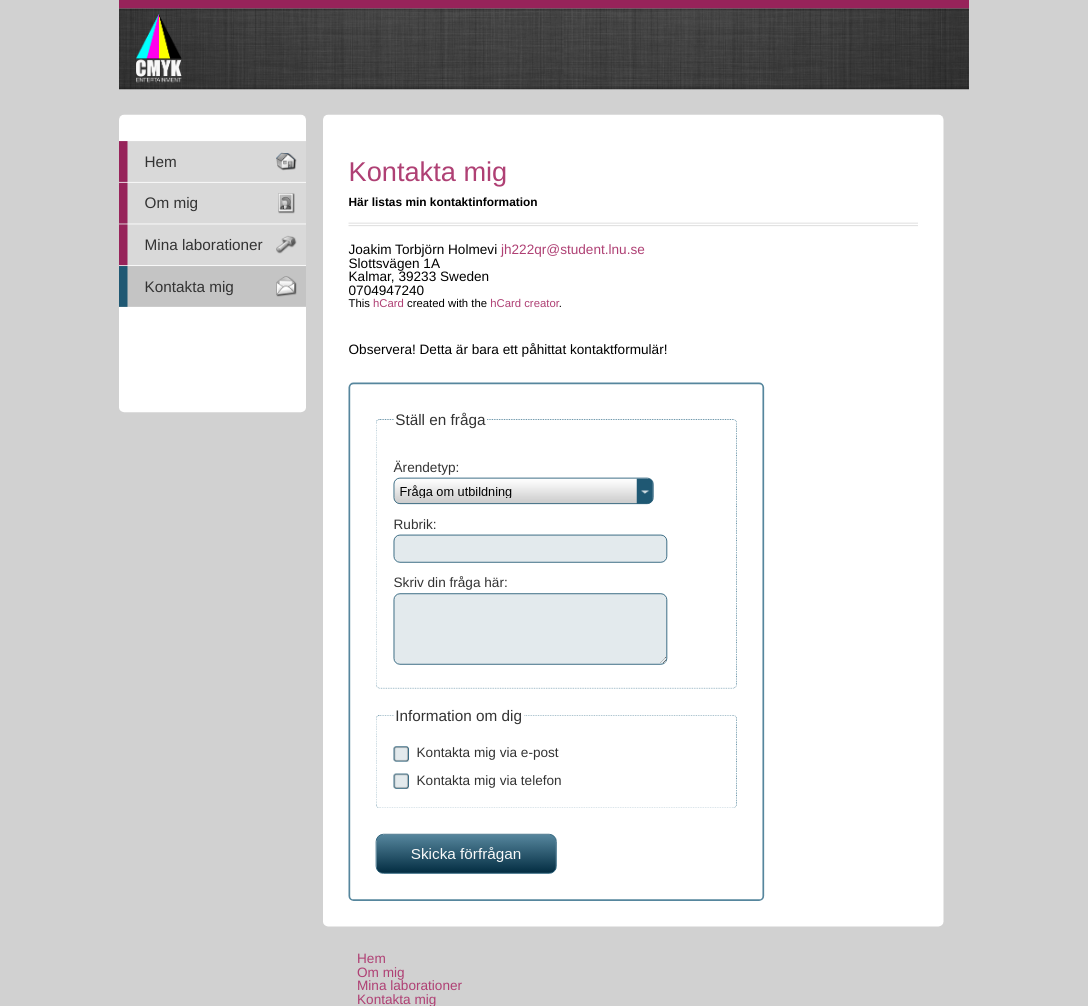
Repository: Holmewi/1ik415-jh222qr-laborationer
Page: pages/kontakt.html
The author's editor kept a record of every edit. The page is drawn from the files as they stood at one moment, then again after the next edit.
The browser window is 1280 px wide. The pictures show the whole page, at 85% of full size.

Above is the page before.

After the next edit:
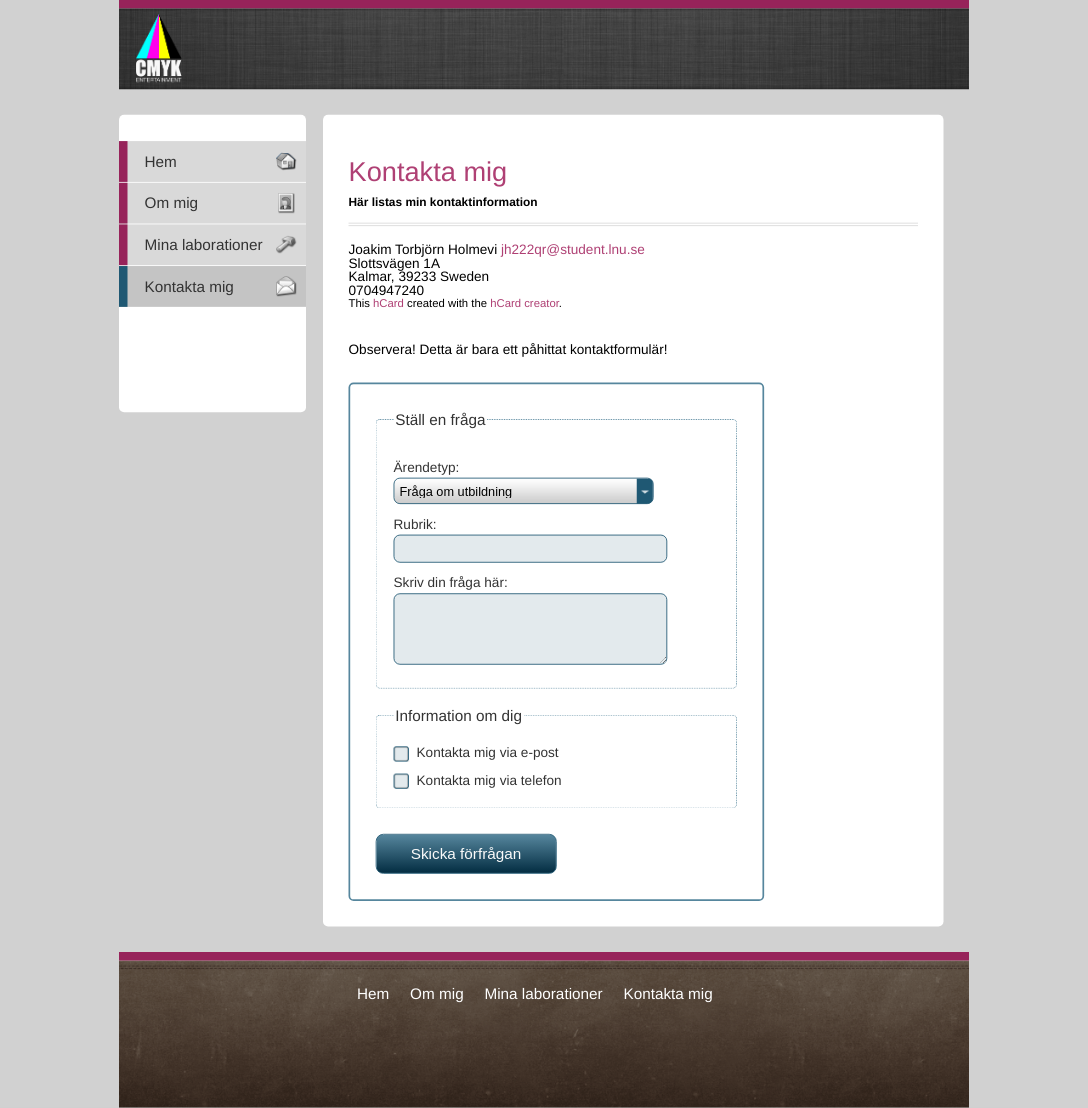
The edit:
--- a/pages/kontakt.html
+++ b/pages/kontakt.html
@@ -103,7 +103,7 @@
                     </form>
                 </div>
              </main>
-             <footer>
+             <footer id="bottom">
                 <div id="footerNav">
                     <ul>
                         <li><a href="../index.html">Hem</a></li>
